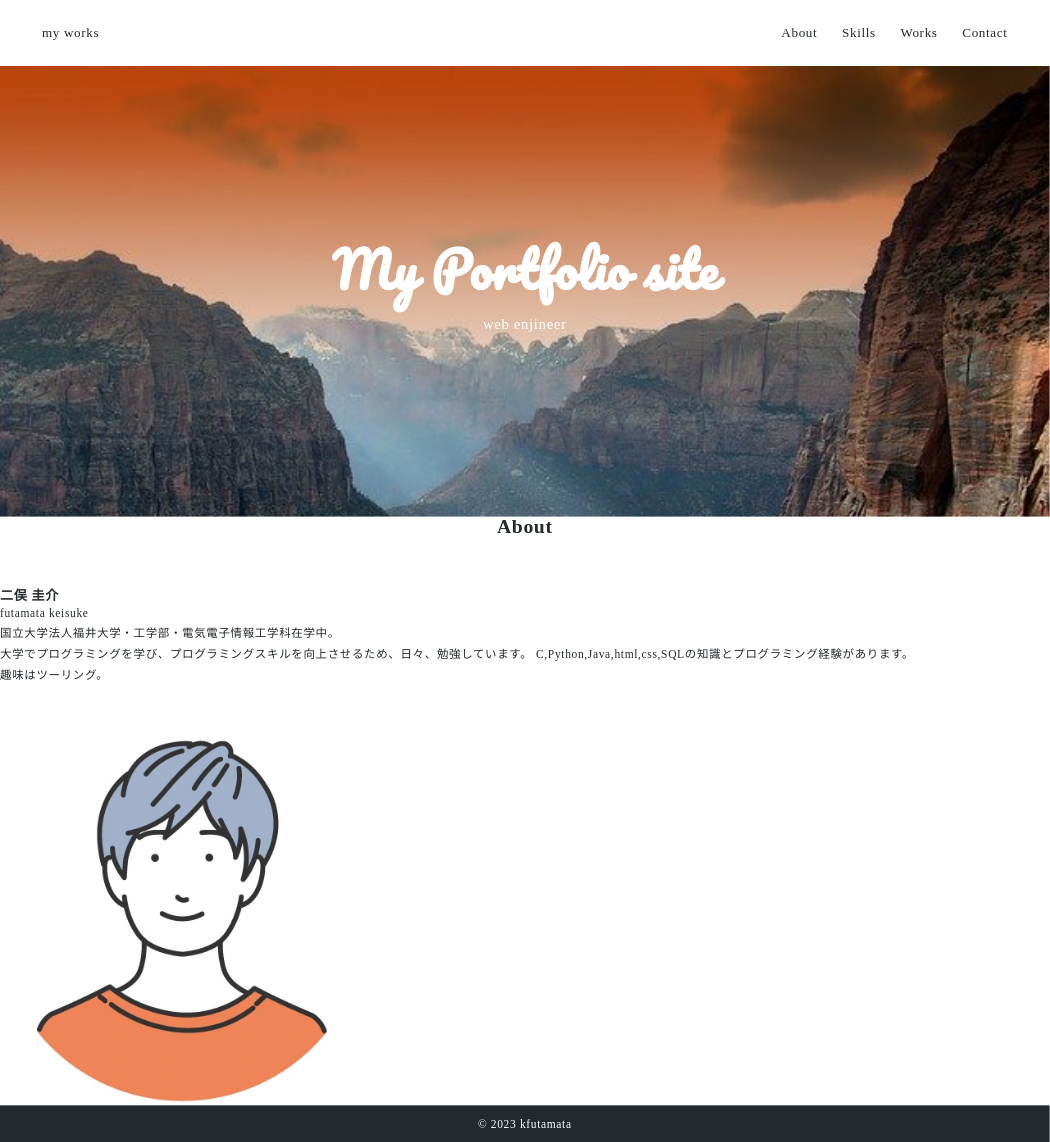
Repository: F-ksk/portfolio
Page: index.html
An editor plug-in stored every save of this project. The page is shown before and after the next save, followed by the edit.
The browser window is 1280 px wide. The pictures show the whole page, at 82% of full size.

Above is the page before, as saved 2023-06-28 02:14:53.

### index.html
<!DOCTYPE html>
<html>
    <head>
        <meta charset="UTF-8" />
        <meta http-equiv="X-UA-Compatible" content="IE=edge" />
        <meta name="viewport" content="width=device-width, initial-scale=1.0" />
        <meta name="robots" content="noindex" />
        <title>My Portfolio</title>
        <link rel="stylesheet" href="css/reset.css" />
        <link rel="stylesheet" href="css/style.css" />
    </head>
    <body>

        <header>
            <a href="index.html">my works</a>
            <nav>
                <ul>
                    <li>About</li>
                    <li>Skills</li>
                    <li>Works</li>
                    <li>Contact</li>
                </ul>
            </nav>
        </header>

        <div class="main-visual">
            <div>
                <h1>My Portfolio site</h1>
                <p>web enjineer</p>
            </div>
        </div>

        <section id="about">
            <h2>About</h2>
            <div id="about-name">
                <h3>二俣 圭介</h3>
                <p>futamata keisuke</p>
            </div>
            <div id="about-detail">
                <p>
                    国立大学法人福井大学・工学部・電気電子情報工学科在学中。<br>
                    大学でプログラミングを学び、プログラミングスキルを向上させるため、日々、勉強しています。
                    C,Python,Java,html,css,SQLの知識とプログラミング経験があります。<br>
                    趣味はツーリング。
                </p>
                <img src="../img/man.jpg">
            </div>
        </section>
        <footer>
            <p>&copy; 2023 kfutamata</p>
        </footer>
    </body>
</html>

### css/style.css
@charset "UTF-8";
@import url('https://fonts.googleapis.com/css2?family=Roboto:wght@100;300;400;500;700;900&display=swap');
@import url('https://fonts.googleapis.com/css2?family=Noto+Sans+JP:wght@300;400;500;700;900&display=swap');
@import url('https://fonts.googleapis.com/css2?family=Pacifico&display=swap');

html {
  font-size: 100%;
}

body {
    color: #24292e;
    letter-spacing: 0.05em;
}

a,a:visited {
    color: #24292e;
    text-decoration: none;
}

img {
    max-width: 100%;
}

li {
    list-style: none;
}

p {
    line-height: 1.8;
    font-size: 14px;
}

h1 {
    font-size: 60px;
    font-family: 'Pacifico';
}

h2 {
    font-size: 1.5rem;
    text-align: center;
    margin-bottom: 65px;
}

h3 {
    font-size: 16px;
}

header {
    max-width: 100%;
    background-color: #fff;
    display: flex;
    justify-content: space-between;
    height: 80px;
    padding: 0 4%;
    align-items: center;
    position: sticky;
    top: 0;
}

header ul {
    display: flex;
}

header li {
    margin-left: 30px;
}

footer {
    background-color: #24292e;
    color: #fff;
    font-size:  0.5rem;
    padding: 10px 20px;
    text-align: center;
}

.main-visual {
    width: 100%;
    height: 550px;
    background-image: url(../img/mountain.jpg);
    background-size: cover;
    color: #FFF;
    text-align: center;
    display: flex;
    justify-content: center;
    align-items: center;
}

.main-visual p {
    margin-top: 20px;
    font-size: 18px;
}

Loaded but not shown: css/reset.css (common file)

After the next save:
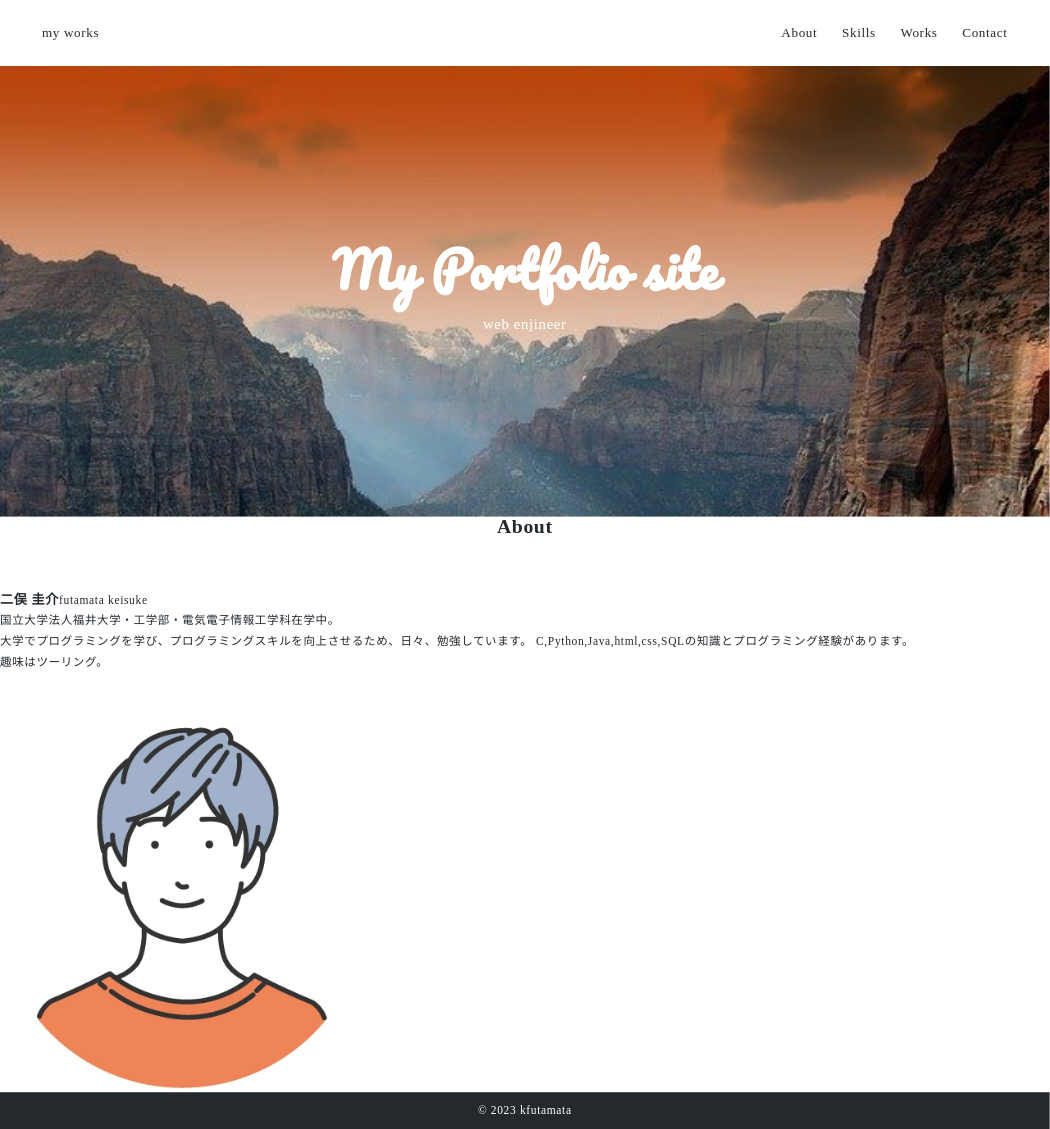
Saved 2 min 0 s later.
--- a/css/style.css
+++ b/css/style.css
@@ -89,3 +89,9 @@ footer {
     margin-top: 20px;
     font-size: 18px;
 }
+
+#about-name{
+    display: flex;
+    justify-content: flex-start;
+    align-items: center;
+}
